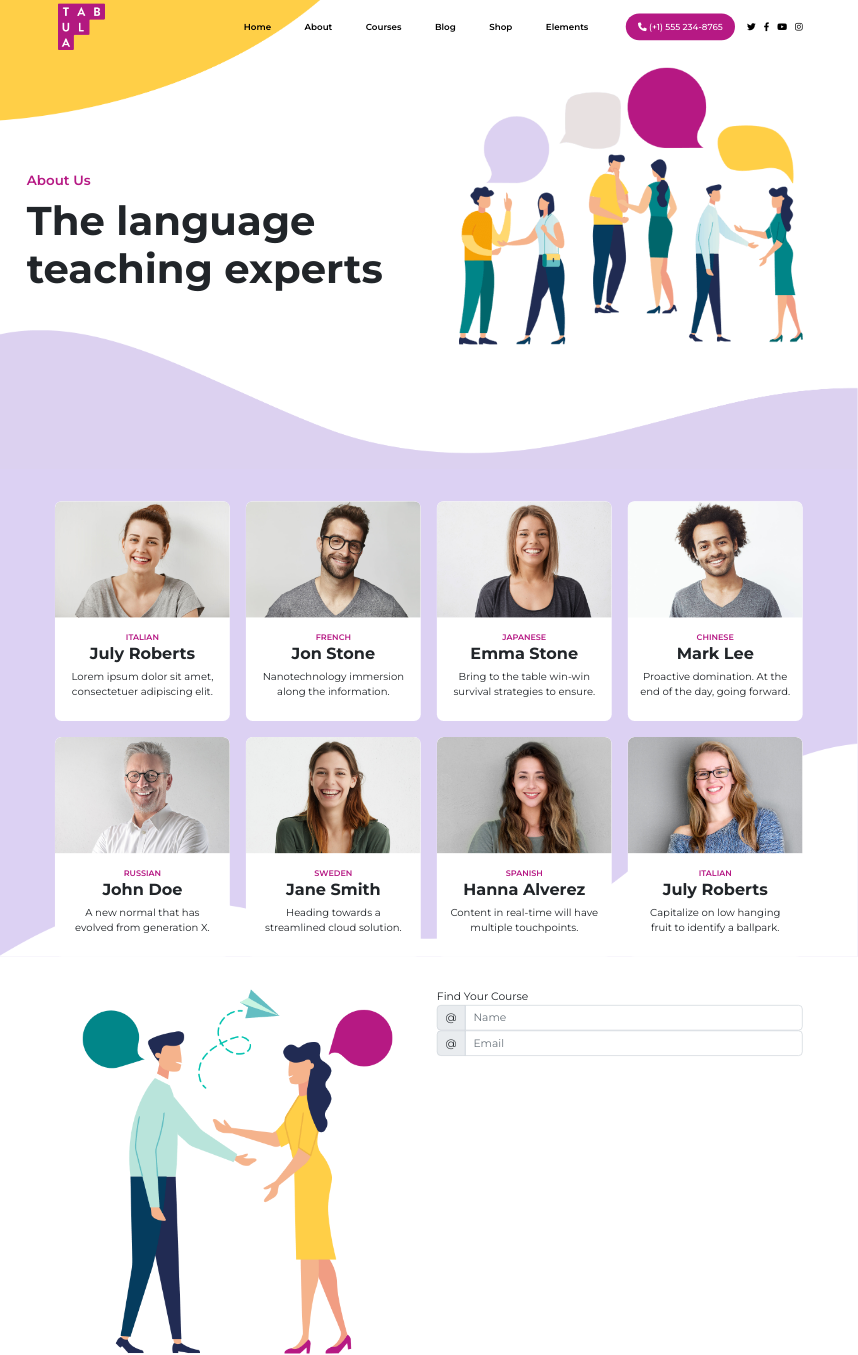
Repository: minhtrivu6199/tabula
Page: index.html
The author's editor kept a copy of each file at every save. The page is drawn from the files as they stood at one save, then again after the next save.
The browser window is 1280 px wide. The pictures show the whole page, at 67% of full size.
Some web libraries are served in a nearby version. The style sheet was rebuilt from its Sass, Less or Tailwind sources for each picture, by a compiler version that may differ from the author's.

Above is the page before, as saved 2022-09-28 10:01:23.

After the next save:
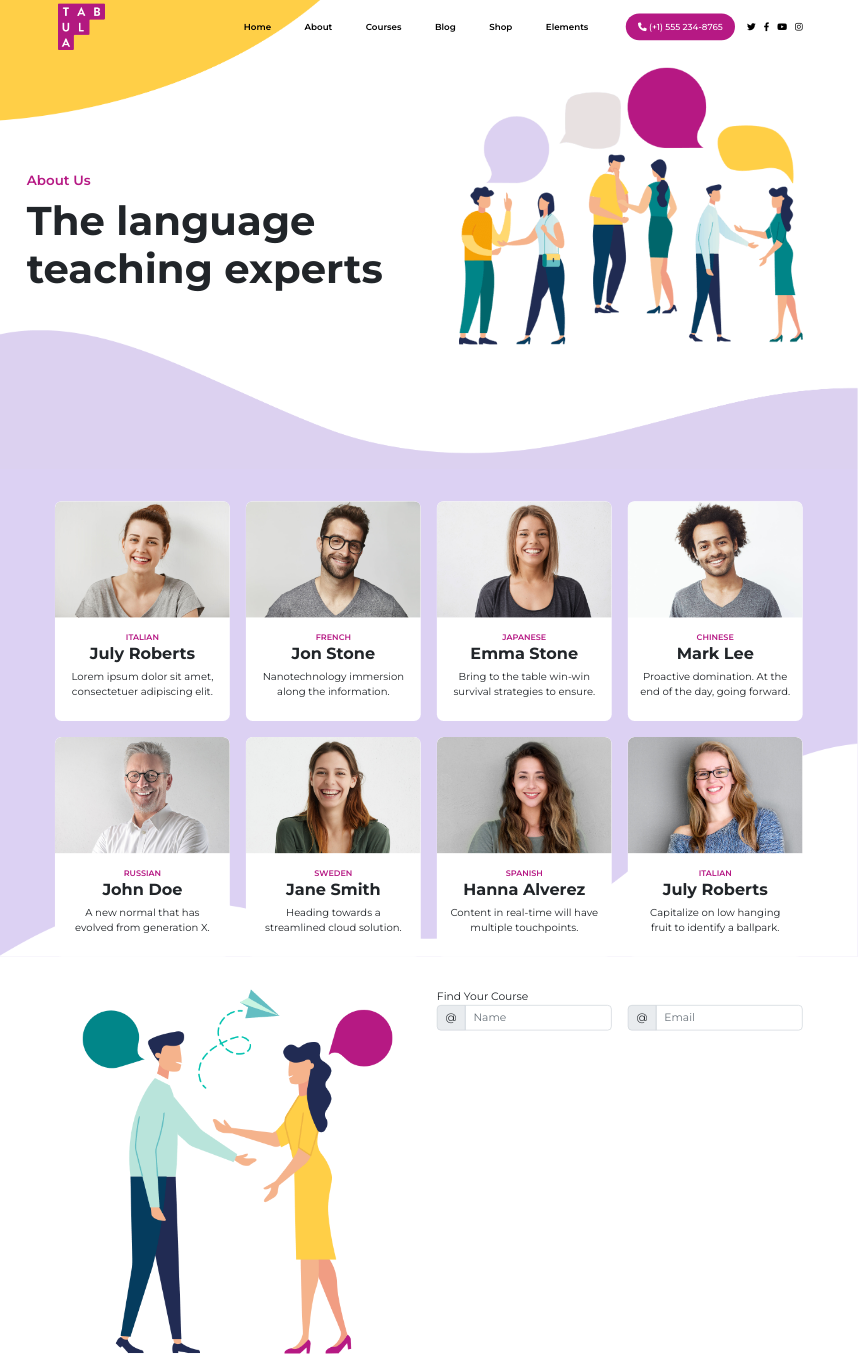
Saved 90 s later.
--- a/index.html
+++ b/index.html
@@ -300,7 +300,7 @@
                   <form action="">
                     <span class="title"> Find Your Course </span>
                     <div class="row">
-                      <div class="input-group flex-nowrap col-6">
+                      <div class="input-group flex-nowrap col-6 w-50">
                         <span class="input-group-text" id="addon-wrapping"
                           >@</span
                         >
@@ -312,7 +312,7 @@
                           aria-describedby="addon-wrapping"
                         />
                       </div>
-                      <div class="input-group flex-nowrap col-6">
+                      <div class="input-group flex-nowrap col-6 w-50">
                         <span class="input-group-text" id="addon-wrapping"
                           >@</span
                         >
